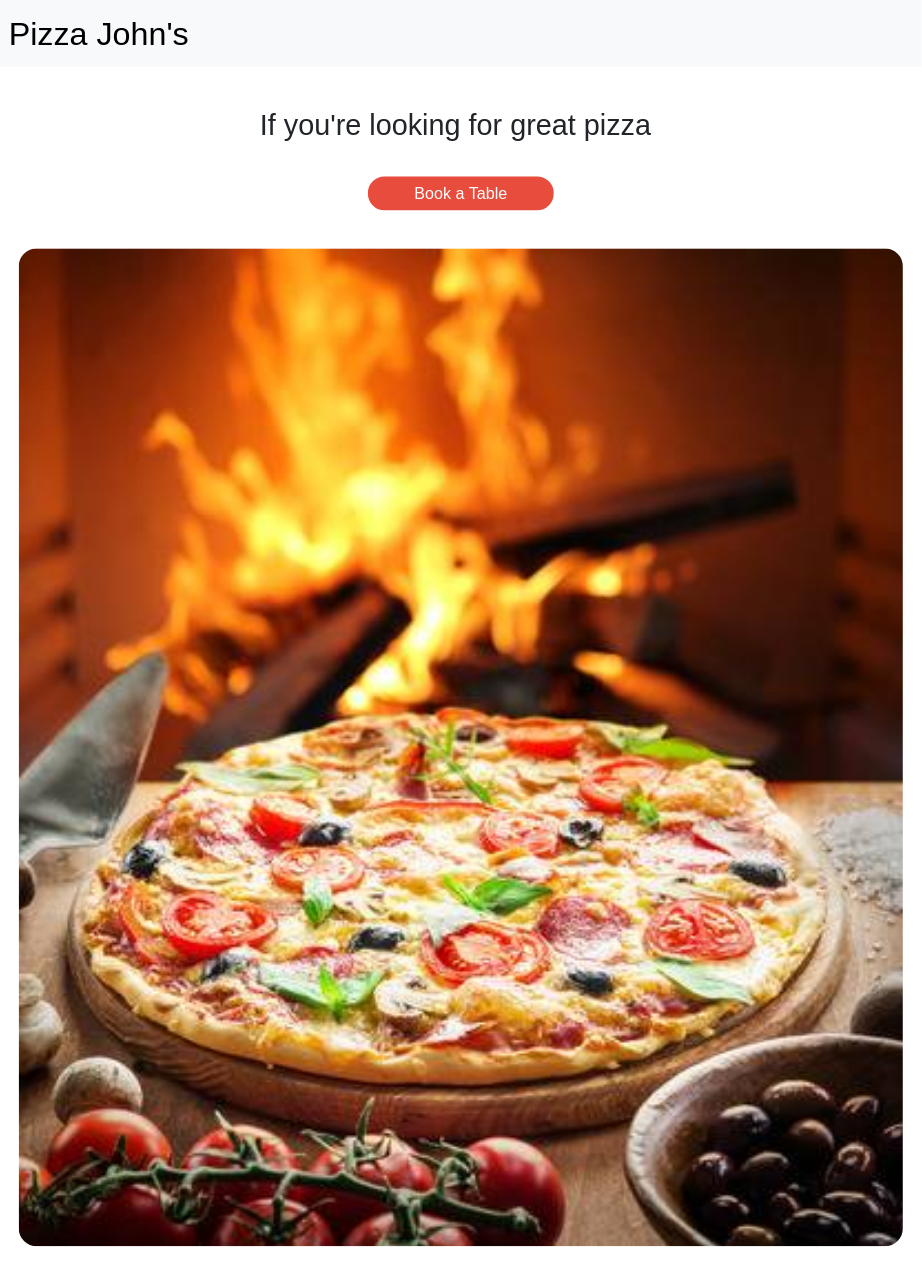
Repository: xersos/TemplateReservation
Page: / (app in client/)
An editor plug-in stored every save of this project. The page is shown before and after the next save, followed by the edit.
The browser window is 1280 px wide. The pictures show the whole page, at 72% of full size.
The project was rebuilt for these pictures with package versions that can differ from the ones it lists, and the page was loaded fresh each time. Also part of the build but not shown: client/src/components/table.js, client/src/components/book.js, client/src/components/thankYou.js.

Above is the page before, as saved 2020-10-07 00:12:16.

After the next save:
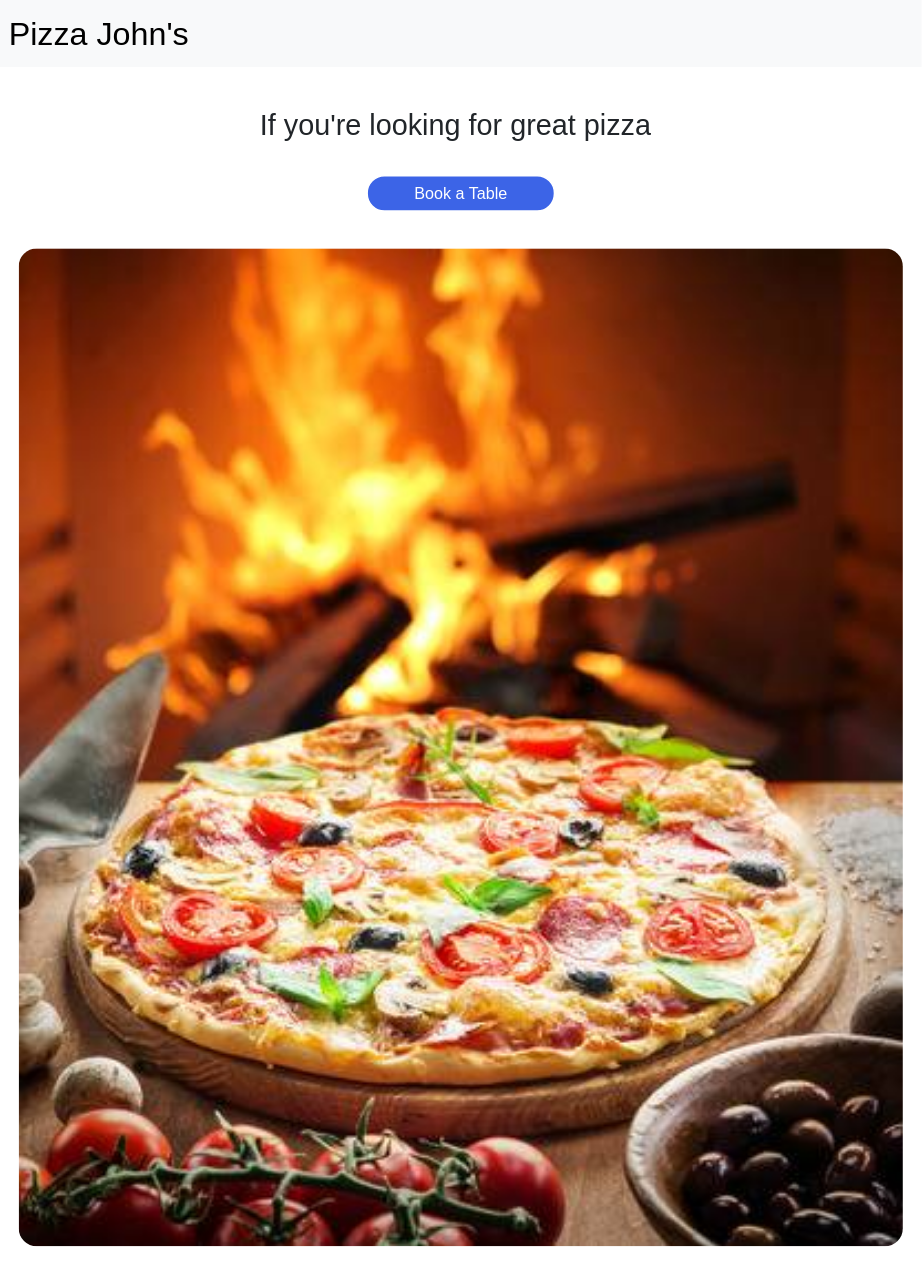
Saved 21 s later.
--- a/client/src/style/index.css
+++ b/client/src/style/index.css
@@ -41,13 +41,13 @@ body {
   font-size: 1.2rem;
   padding: 2% 8%;
   border-radius: 25px;
-  background-color: #e74c3c;
+  background-color: #3c64e7;
   border: 2px white solid;
   font-family: ABeeZee, sans-serif;
 }
 
 .book-table-btn:hover {
-  color: #e74c3c;
+  color: #3c64e7;
   background-color: white !important;
   border: 2px solid black !important;
 }
@@ -93,7 +93,7 @@ input[type=date]::-webkit-calendar-picker-indicator {
 .booking-dropdown {
   width: 85%;
   padding: 4% 0;
-  background-color: #e74c3c;
+  background-color: #3c64e7;
   color: white;
   margin: 2% 0;
   font-family: "Roboto";
@@ -104,7 +104,7 @@ input[type=date]::-webkit-calendar-picker-indicator {
 }
 
 .booking-dropdown:hover {
-  background-color: #e74c3c;
+  background-color: #3c64e7;
   color: white;
 }
 
